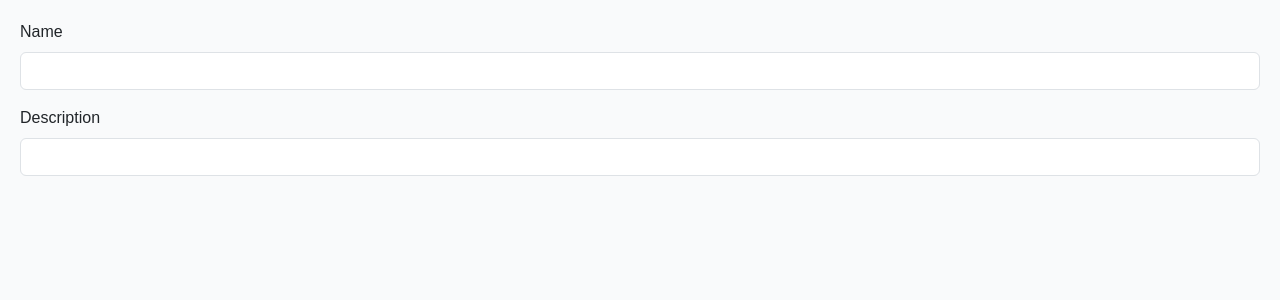
Repository: ahmad-dev7/TrendWear
Page: / (app in trend_wear_dashboard/)
The author's editor kept a copy of each file at every save. The page is drawn from the files as they stood at one save, then again after the next save.
The browser window is 1280 px wide. The pictures show the whole page.
The project was rebuilt for these pictures with package versions that can differ from the ones it lists, and the page was loaded fresh each time. Also part of the build but not shown: trend_wear_dashboard/vite.config.ts.

Above is the page before, as saved 2025-01-21 00:04:22.

### trend_wear_dashboard/index.html
<!doctype html>
<html lang="en">

<head>
  <meta charset="UTF-8" />
  <link rel="icon" type="image/svg+xml" href="/vite.svg" />
  <meta name="viewport" content="width=device-width, initial-scale=1.0" />
  <title>Trend Wear</title>
</head>

<body>
  <div id="root"></div>
  <script type="module" src="/src/main.tsx"></script>
</body>

</html>

### trend_wear_dashboard/src/main.tsx
import { StrictMode } from "react";
import { createRoot } from "react-dom/client";
import "bootstrap/dist/css/bootstrap.css";
import "./App.css";
import App from "./App.tsx";

createRoot(document.getElementById("root")!).render(
  <StrictMode>
    <App />
  </StrictMode>
);

### trend_wear_dashboard/src/App.css
body {
    background-color: #F9FAFB;
    padding: 20px;
    border-color: #e5e7eb;
    font-family: Arial, Helvetica, sans-serif;

}

#parent {
    display: flex;
}

### trend_wear_dashboard/src/App.tsx
// import Body from "./Components/Body/Body";
// import Navbar from "./Components/Navbar/Navbar";
// import Sidebar from "./Components/Sidebar/Sidebar";
// import AddProducts from "./Components/AddProduct/AddProduct";
// import Dashboard from "./Components/Dashboard/Dashboard";
import Form from "./Form";

function App() {
  return (
    <Form />
    // <div id="parent">
    //   <Sidebar onSelectTab={setBody} />
    //   <div style={{ flex: 1 }}>
    //     <Navbar />
    //     <Body>
    //       {body == "Dashboard" && <Dashboard />}
    //       {body == "Add Product" && <AddProducts />}
    //     </Body>
    //   </div>
    // </div>
  );
}

export default App;

### trend_wear_dashboard/src/Form.tsx
import "bootstrap/dist/css/bootstrap.css";
const Form = () => {
  return (
    <form>
      <div className="mb-3">
        <label htmlFor="name" className="form-label">
          Name
        </label>
        <input id="name" type="text" className="form-control" />
      </div>
      <div className="mb-3">
        <label htmlFor="textarea" className="form-label">
          Description
        </label>
        <input id="textarea" type="text" className="form-control" />
      </div>
    </form>
  );
};

export default Form;

After the next save:
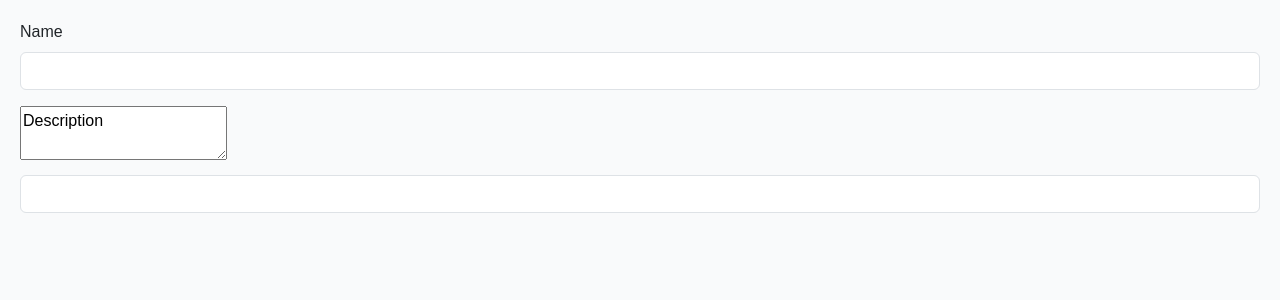
Saved 4 s later.
--- a/trend_wear_dashboard/src/Form.tsx
+++ b/trend_wear_dashboard/src/Form.tsx
@@ -9,9 +9,9 @@ const Form = () => {
         <input id="name" type="text" className="form-control" />
       </div>
       <div className="mb-3">
-        <label htmlFor="textarea" className="form-label">
+        <textarea htmlFor="textarea" className="form-label">
           Description
-        </label>
+        </textarea>
         <input id="textarea" type="text" className="form-control" />
       </div>
     </form>
